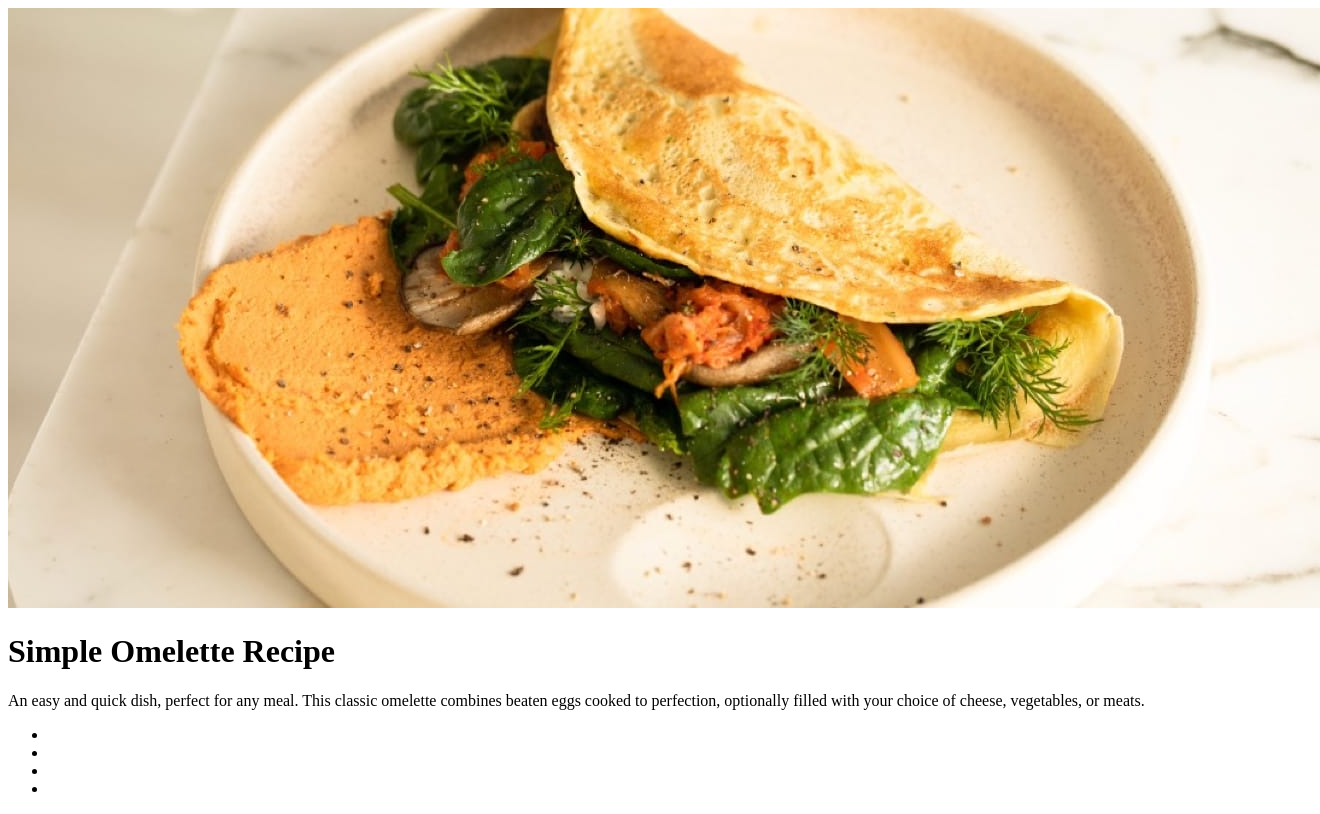
Repository: akbasliogulcan/omletterecipe
Page: index.html
The author's editor kept a copy of each file at every save. The page is drawn from the files as they stood at one save, then again after the next save.
The browser window is 1280 px wide. The page is 1320 px wide, so the pictures cover 1320 px, including what lies to the right of the window. The pictures show the whole page.

Above is the page before, as saved 2025-07-20 17:12:51.

### index.html
<!DOCTYPE html>
<html lang="en">

<head>
  <meta charset="UTF-8">
  <meta name="viewport" content="width=device-width, initial-scale=1.0">
  <title>simple omelette recipe</title>
  <link rel="stylesheet" href="style.css">
</head>

<body>

  <div class="simple">
    <img src="./assets/images/image-omelette.jpeg" alt="omlette-icon">
    <h1> Simple Omelette Recipe</h1>
    <p>An easy and quick dish, perfect for any meal. This classic omelette combines beaten eggs cooked
      to perfection, optionally filled with your choice of cheese, vegetables, or meats.
    </p>

    <div class="preparation">
      <ul>
        <li></li>
        <li></li>
        <li></li>
        <li></li>
      </ul>
    </div>

  </div>



</body>

</html>

Loaded but not shown: style.css (no stored copy; drawn as an empty file)

After the next save:
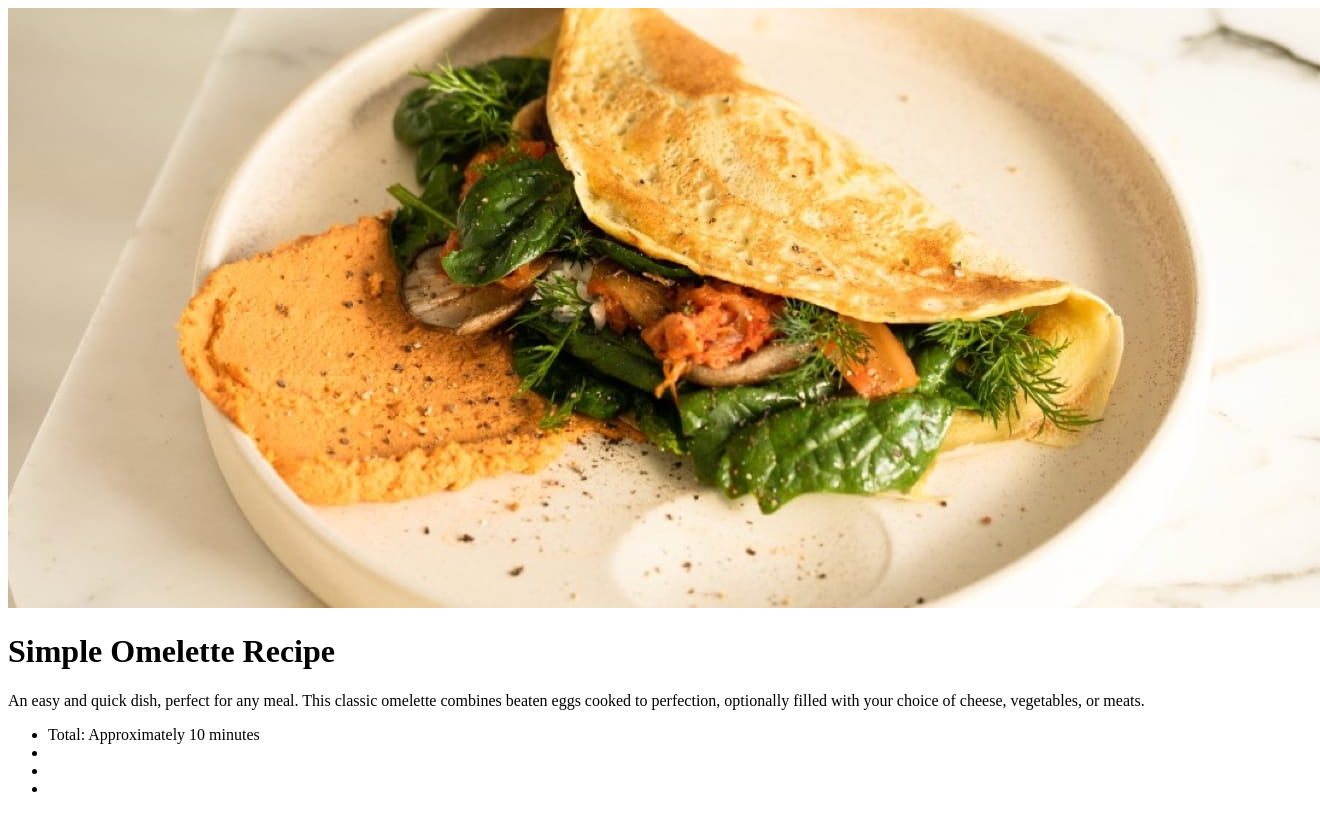
Saved 14 s later.
--- a/index.html
+++ b/index.html
@@ -19,7 +19,8 @@
 
     <div class="preparation">
       <ul>
-        <li></li>
+        <li> Total: Approximately 10 minutes
+        </li>
         <li></li>
         <li></li>
         <li></li>
